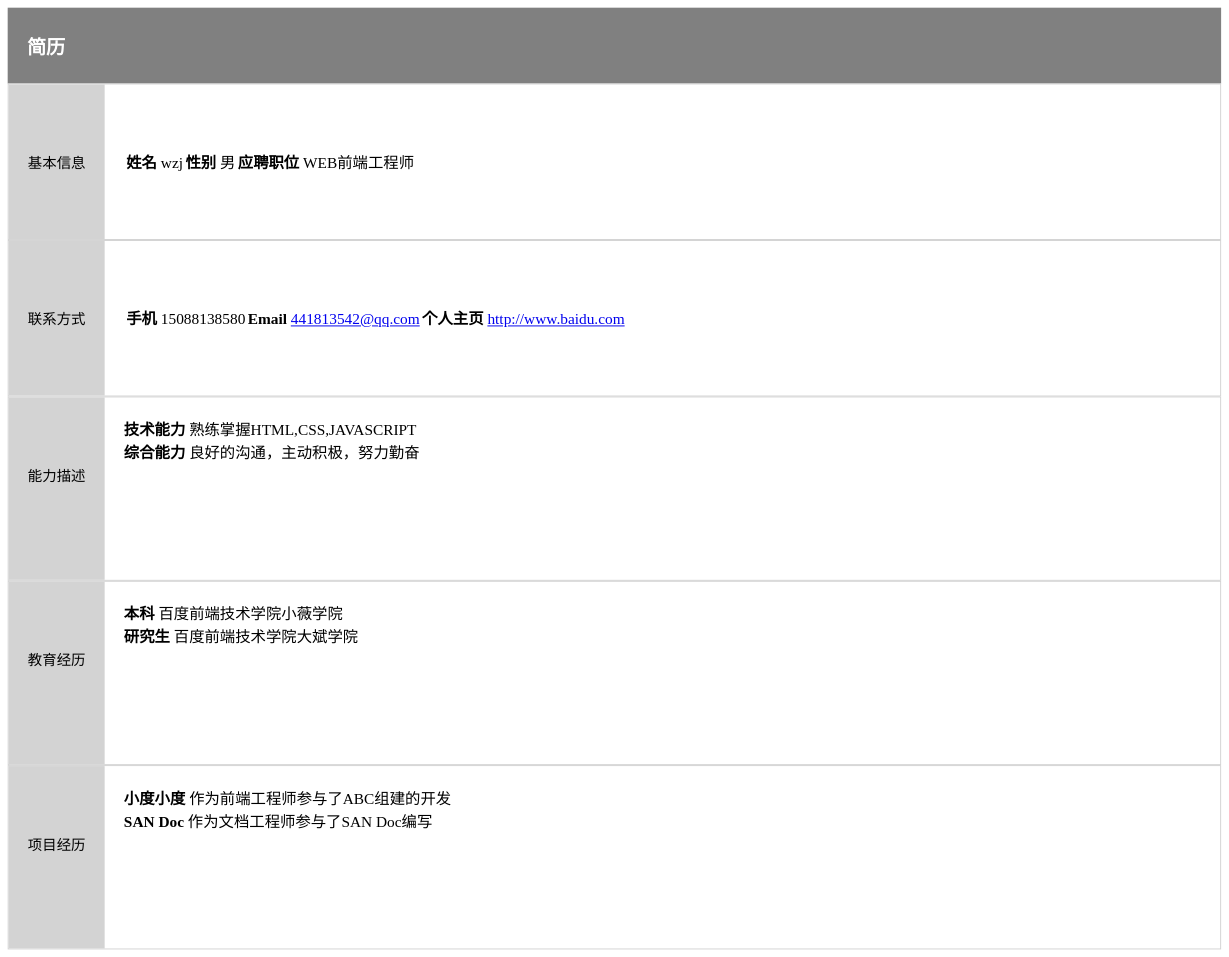
Repository: w441813542/webrecord
Page: day6_day7/jianli.html
These files come from the project's save history. The page is drawn as it stood at one moment and after the next save; the edit follows.
The browser window is 1280 px wide. The pictures show the whole page, at 96% of full size.

Above is the page before, as saved 2021-03-09 15:16:42.

After the next save:
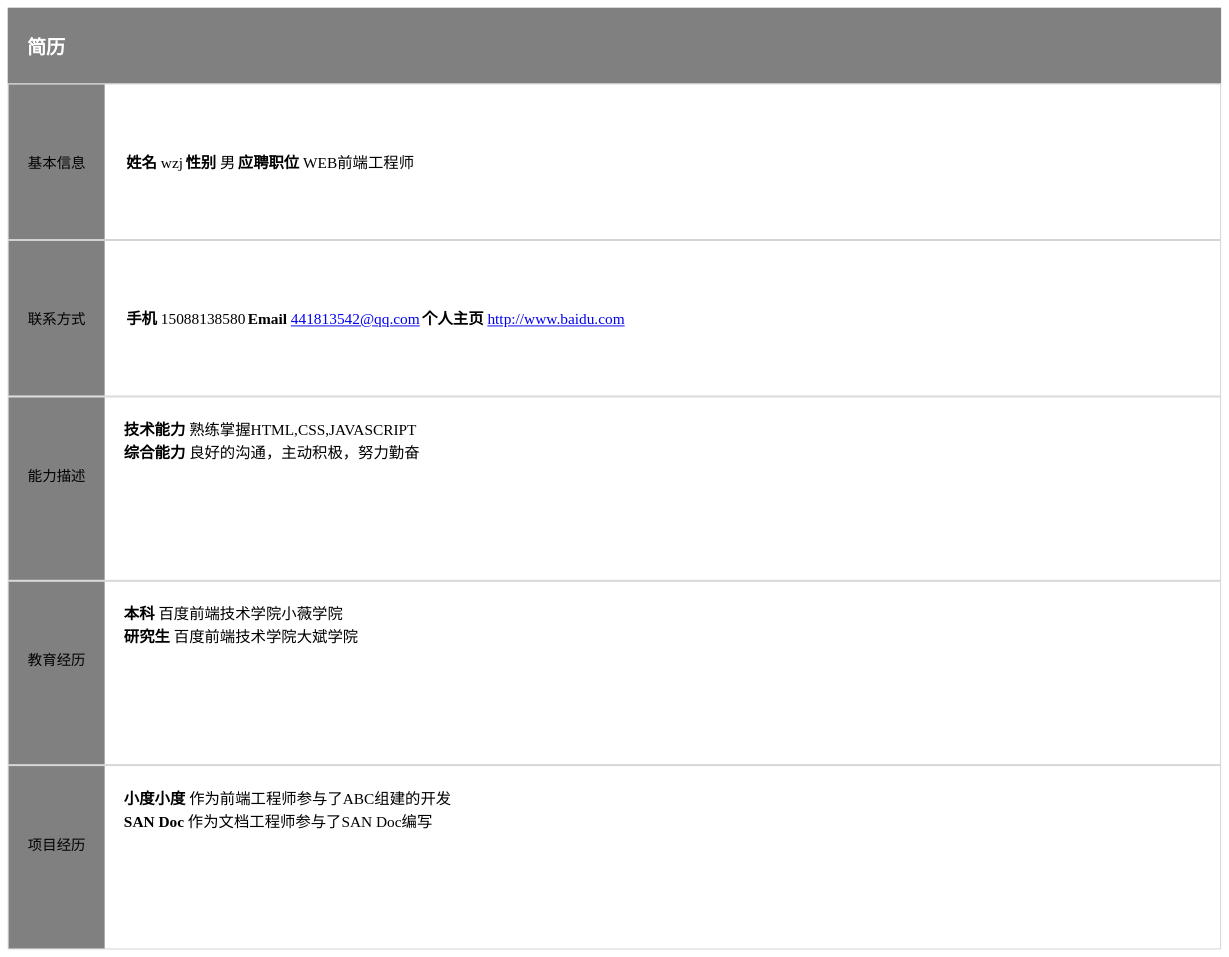
Saved 27 s later.
--- a/day6_day7/style_3.css
+++ b/day6_day7/style_3.css
@@ -38,7 +38,7 @@ html {
     padding-bottom: 70px;
     padding-left: 20px;
     padding-right: 20px;
-    background: lightgray;
+    background: gray;
   }
 
   .part_right{
